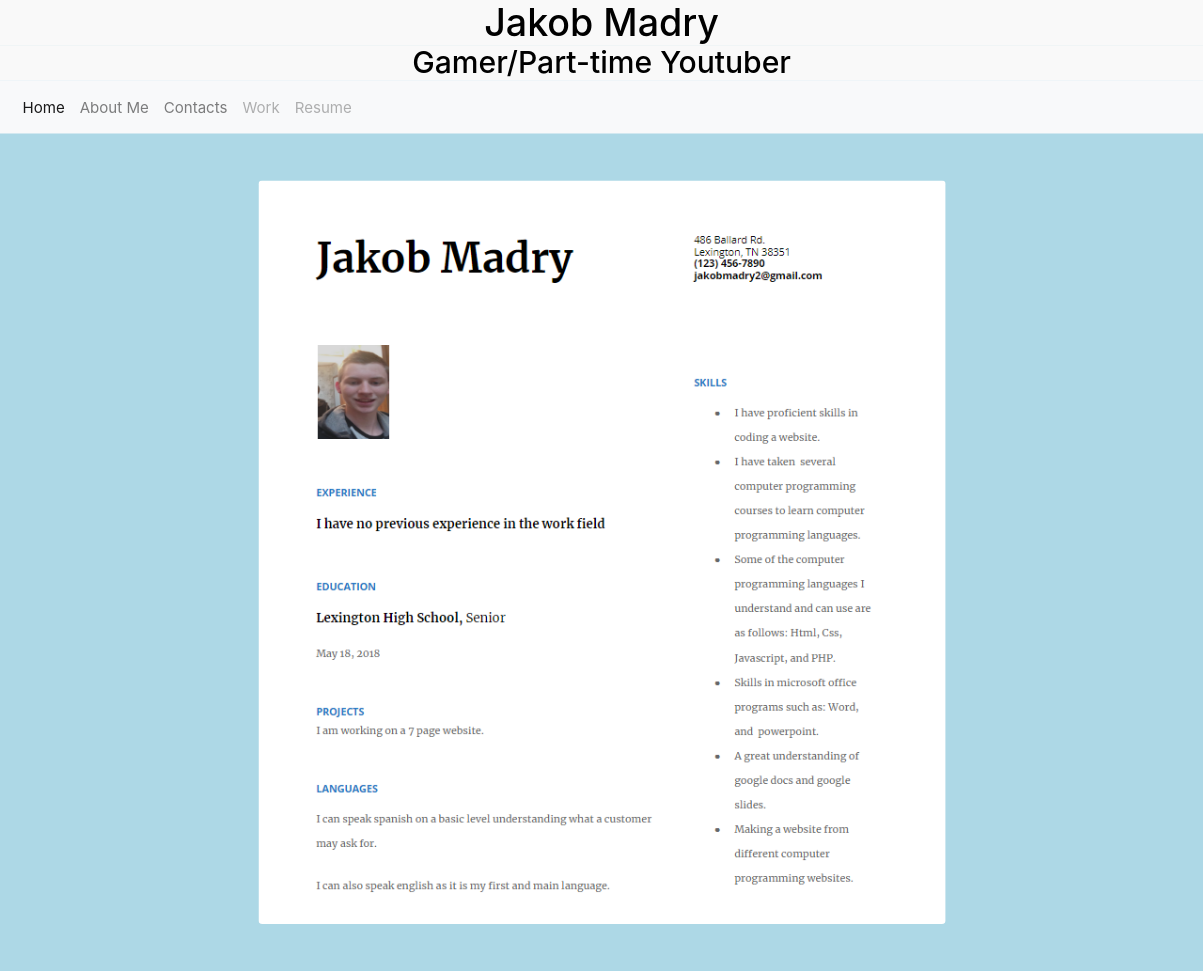
Repository: Jakobmadry/workspace
Page: resume.html
The author's editor kept a record of every edit. The page is drawn from the files as they stood at one moment, then again after the next edit.
The browser window is 1280 px wide. The pictures show the whole page, at 94% of full size.

Above is the page before.
Not found: css/normalize.css

### resume.html
<!DOCETYPE HTML>
<html>
  <!--to turn in on google class room password= blxrgt-->
<head>
  <meta charset="utf-8">
   <title>Jakob Madry's Resume</title>
<link href='https://maxcdn.bootstrapcdn.com/bootstrap/4.0.0/css/bootstrap.min.css' rel='stylesheet' integrity='sha384-Gn5384xqQ1aoWXA+058RXPxPg6fy4IWvTNh0E263XmFcJlSAwiGgFAW/dAiS6JXm' crossorigin='anonymous'>
<link rel="stylesheet" type="text/css" href="css/normalize.css">
<link rel="stylesheet" type="text/css" href="css/main.css">


</head>
<body>
<header>
 <h1>
     Jakob Madry
  </h1>
  <h2>
    Gamer/Part-time Youtuber
  </h2>
<nav class="navbar navbar-expand-lg navbar-light bg-light">
  <div>
    <ul class="navbar-nav">
      <li class="nav-item active">
        <a class="nav-link" href="index.html">Home <span class="sr-only">(current)</span></a>
      </li>
      <li class="nav-item">
        <a class="nav-link" href="about.html">About Me</a>
      </li>
      <li class="nav-item">
        <a class="nav-link" href="contact.html">Contacts</a>
      </li>
      <li class="nav-item">
        <a class="nav-link disabled" href="work.html">Work</a>
      </li>
      <li class="nav-item">
        <a class="nav-link disabled" href="resume.html">Resume</a>
      </li>
    </ul>
  </div>
</nav>
 </header>
 <img src="img/resume.PNG" class= "resume img-fluid rounded mx-auto d-block">
<footer>



</footer>


</body>


</html>

### css/main.css
h1,h2,h3{
background:#f9f9f9;
color:black;
text-align:center;
margin:0 auto;

}
body{
    background-color:lightblue;
}


a {
  text-decoration: none;


}
p {

color:grey;

font-size:30px;

}
.stuff img{
    margin:50px;
}



img{
border-radius:40px;
margin:50px;

}

header{
margin:auto;
border:0;
padding:inherit;
}
.navagation{
float:left;

}


#channels{
margin:0 auto;
}

.logo img{
}

#links{text-align:center;}

.aboutheader{
    background-color: lightblue;
    color:grey;
    margin-top:50px;
}

.p1,.p2,.p3{
    padding-left:10%;
    padding-top:1%;
    font-size:150%;
}
 .nav-link,.nav-link:hover,.nav-link:active,.nav-link:visited {
 color: grey;
 text-decoration:none;
}



.contactsheader{
    margin-top:5%;
    color:grey;
    background-color:lightblue;
}
.where{
    padding-top:1%;
    text-decoration:none;
    text-align:center;
    font-size: 30px
}
ul{
    list-style-type: none;
}
.resume{
 margin-left:28%;
}

After the next edit:
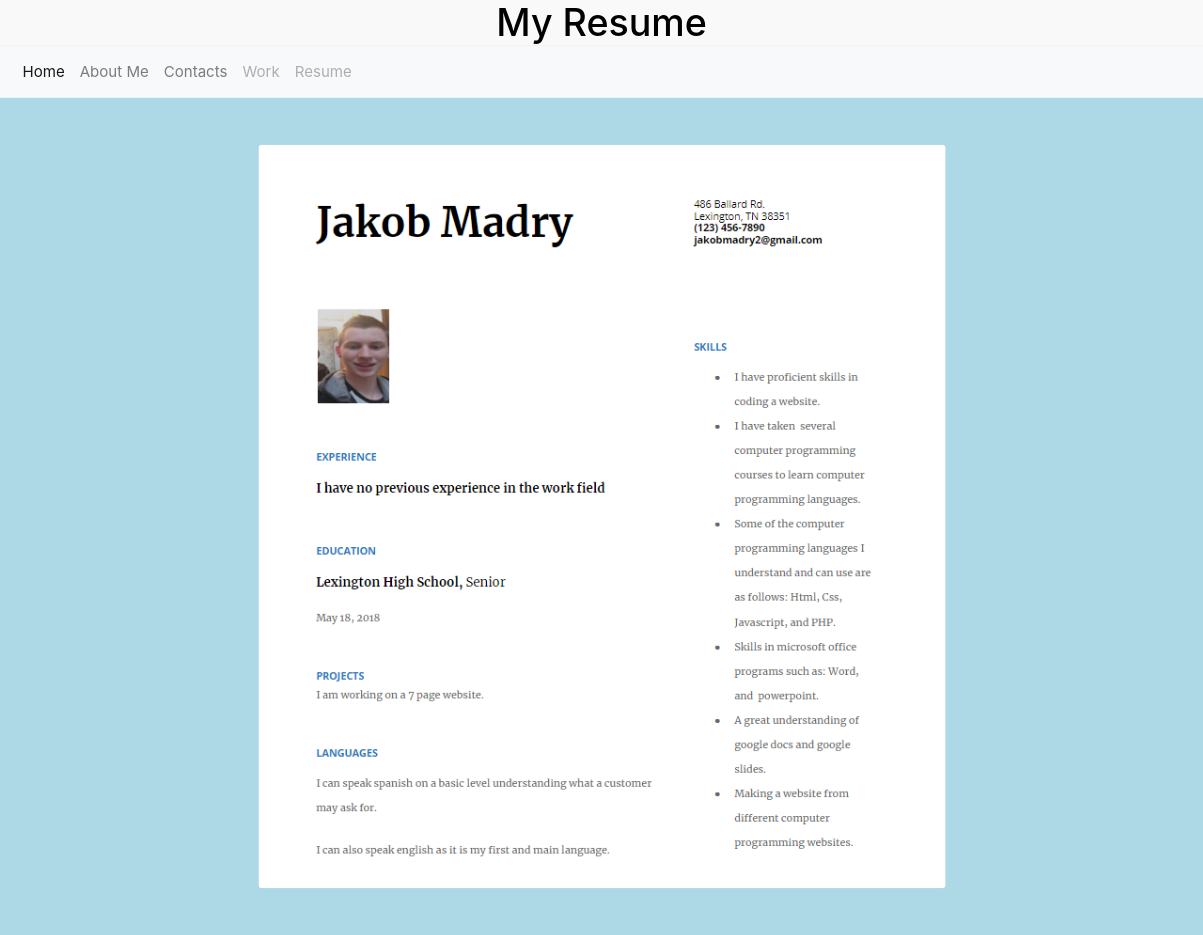
The edit:
--- a/resume.html
+++ b/resume.html
@@ -13,11 +13,8 @@
 <body>
 <header>
  <h1>
-     Jakob Madry
+     My Resume
   </h1>
-  <h2>
-    Gamer/Part-time Youtuber
-  </h2>
 <nav class="navbar navbar-expand-lg navbar-light bg-light">
   <div>
     <ul class="navbar-nav">
